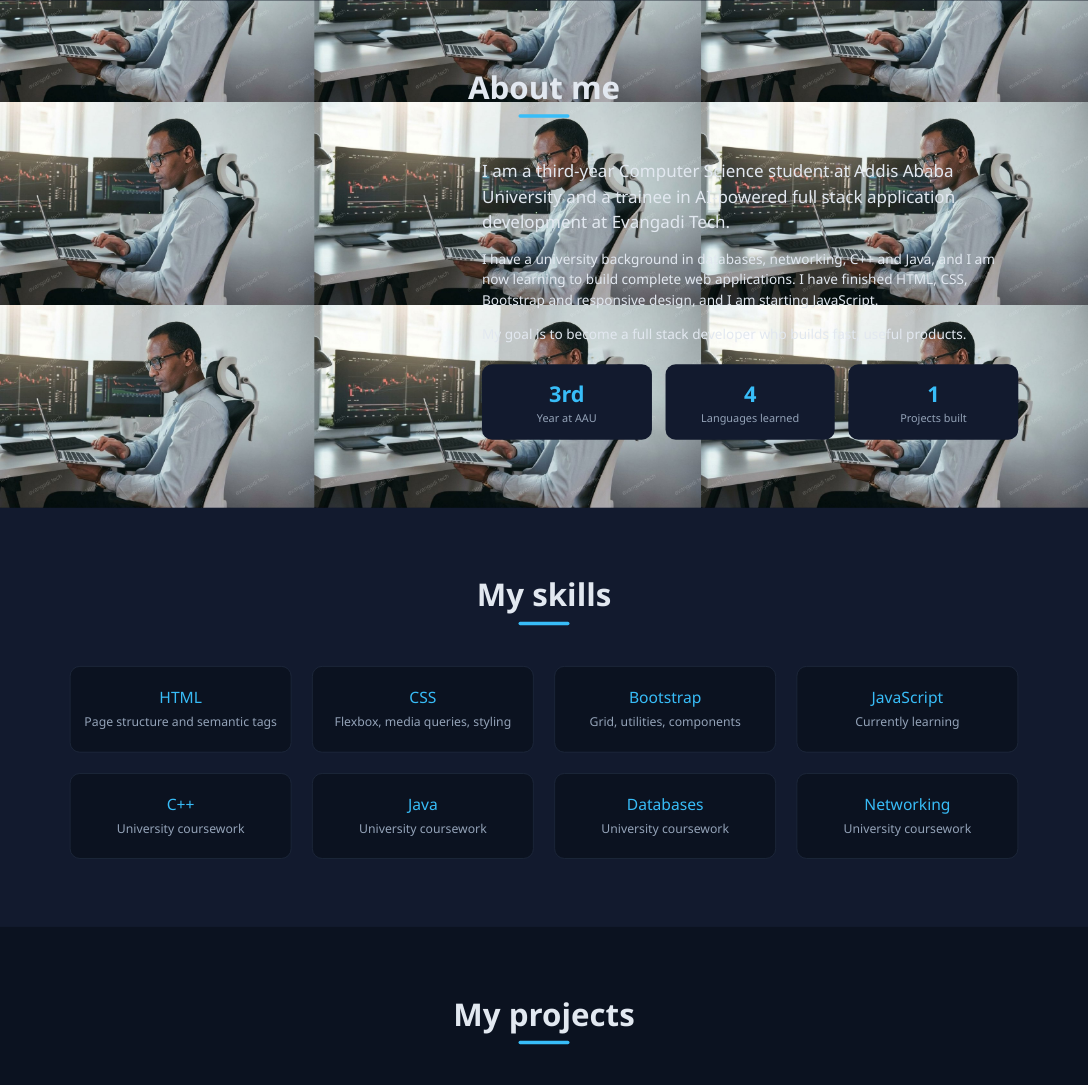
Repository: lawgaw-sefineh/MyPortfolioWebsite
Page: index.html
These files come from the project's save history. The page is drawn as it stood at one moment and after a run of saves; the edit follows.
The browser window is 1280 px wide. The pictures show the part of the page from y = 744 to 2021 px (the page is 2872 px tall), at 85% of full size.
Pictures or frames that could not be fetched are drawn as grey boxes.

Above is the page before, as saved 2026-10-06 03:39:50.

After the next 4 saves:
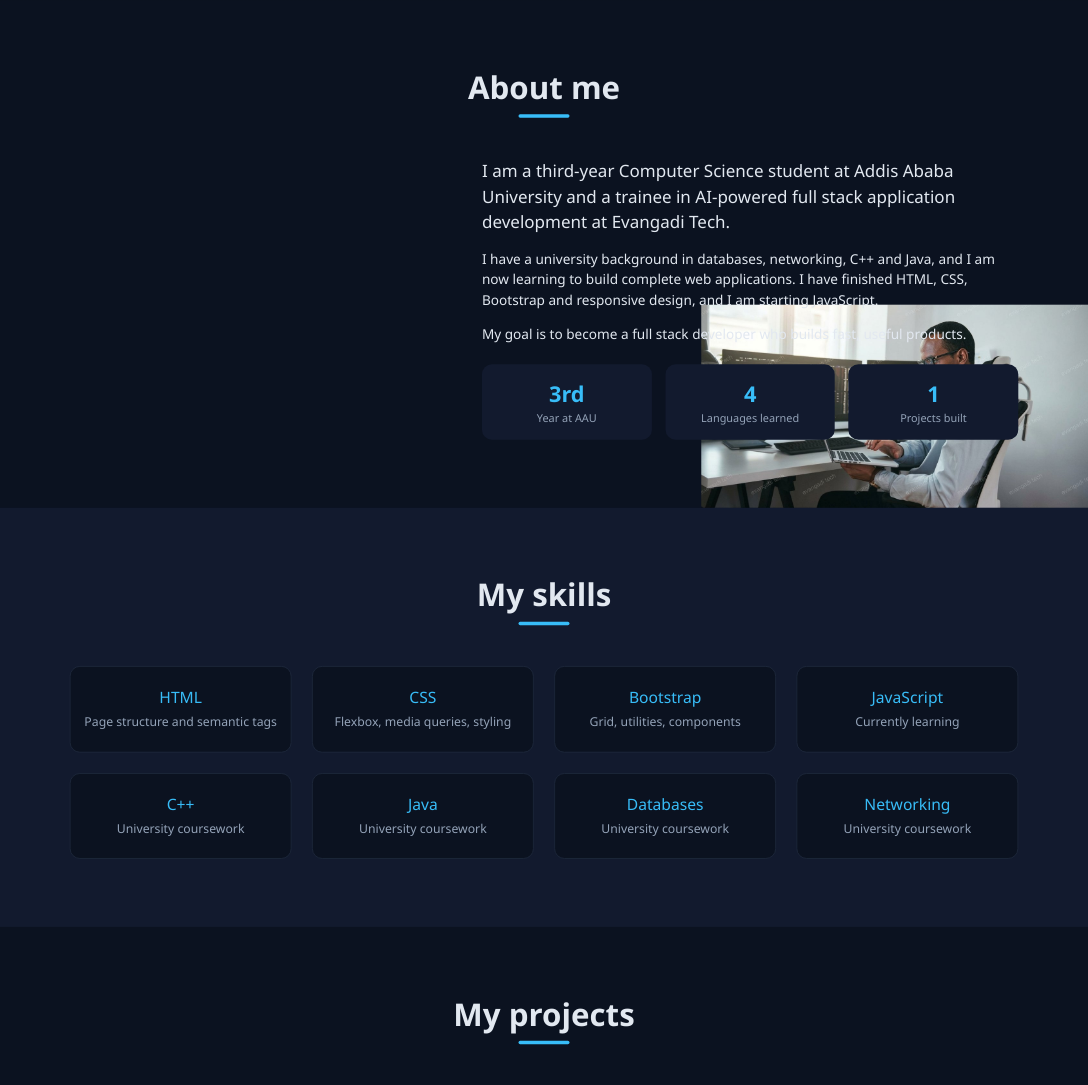
The 4 saves are shown as one change because they came seconds apart.
The last was saved 12 s later.
--- a/css/style.css
+++ b/css/style.css
@@ -59,7 +59,8 @@
  #about{
   background-image: url("../images/share-image (1).jpg");
   background-size:auto 40%;
-  background-position: right bottom 0;
+  background-position: right bottom ;
+  background-repeat: no-repeat;
  }
 .hero-photo {
   width: 130px;
